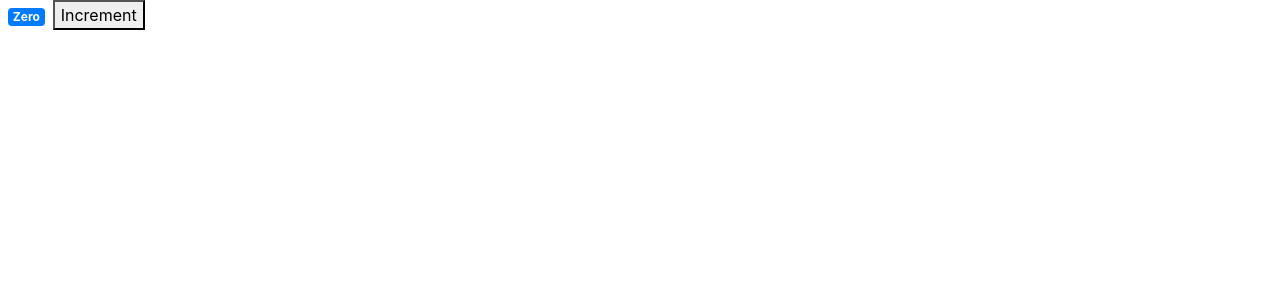
Repository: smk87/First-React-App
Page: /
These files come from the project's save history. The page is drawn as it stood at one moment and after the next save; the edit follows.
The browser window is 1280 px wide. The pictures show the whole page.
The project was rebuilt for these pictures with package versions that can differ from the ones it lists, and the page was loaded fresh each time. Also part of the build but not shown: src/App.css, src/App.js.

Above is the page before, as saved 2019-01-04 20:42:51.

After the next save:
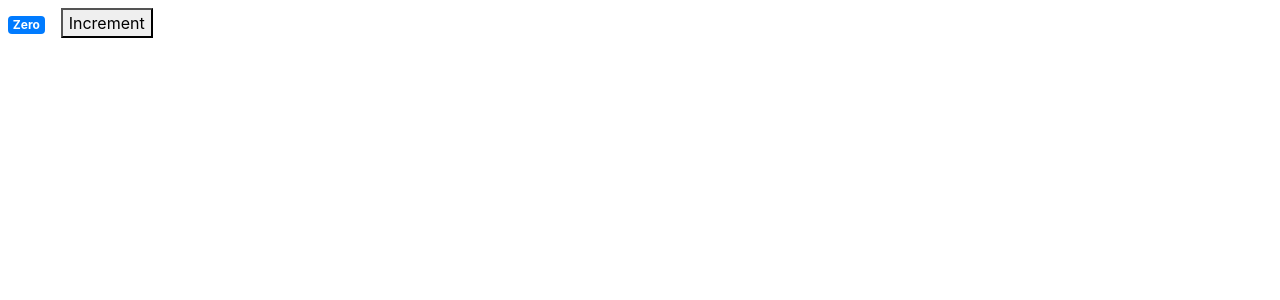
Saved 21 s later.
--- a/src/components/counter.jsx
+++ b/src/components/counter.jsx
@@ -8,7 +8,7 @@
     return (
       <div>
         <span className="badge badge-primary m-2">{this.formatCount()}</span>
-        <button>Increment</button>
+        <button className="m-2">Increment</button>
       </div>
     );
   }

After the save that followed:
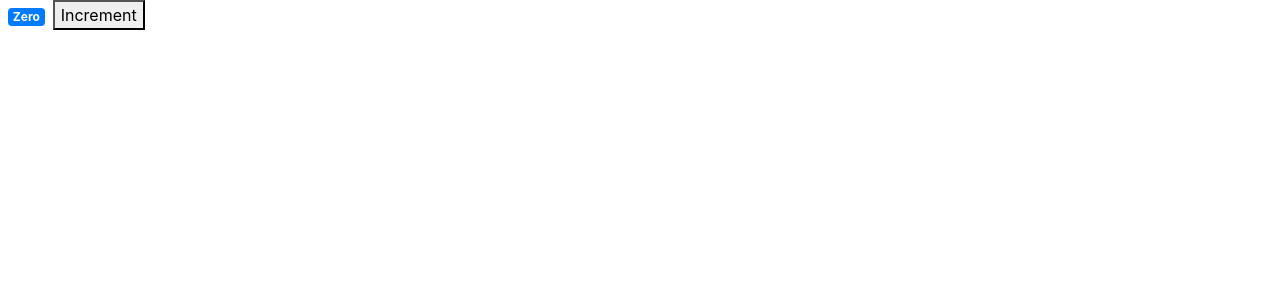
Saved 19 s later.
--- a/src/components/counter.jsx
+++ b/src/components/counter.jsx
@@ -8,7 +8,7 @@
     return (
       <div>
         <span className="badge badge-primary m-2">{this.formatCount()}</span>
-        <button className="m-2">Increment</button>
+        <button className="modal-open">Increment</button>
       </div>
     );
   }
